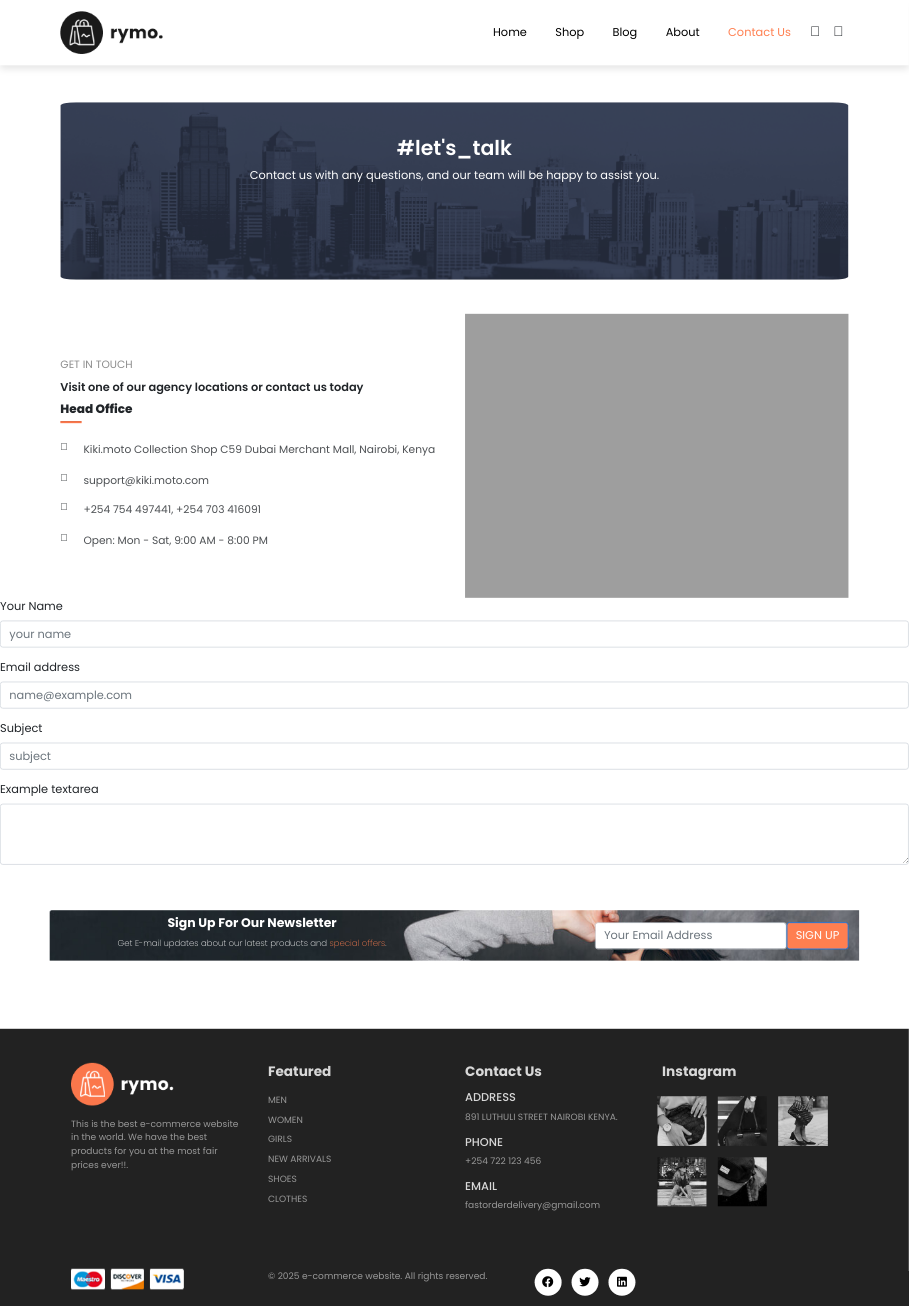
Repository: peter417waweru/e-commerce-UI
Page: contact.html
An editor plug-in stored every save of this project. The page is shown before and after the next save, followed by the edit.
The browser window is 1280 px wide. The pictures show the whole page, at 71% of full size.
Pictures or frames that could not be fetched are drawn as grey boxes. Some web libraries are served in a nearby version.

Above is the page before, as saved 2025-02-10 00:50:31.
Console error: TypeError: Cannot set properties of undefined (setting 'onclick')

### contact.html
<!DOCTYPE html>
<html lang="en">
    <head>

        <meta charset="UTF-8">
        <meta http-equiv="X-UA-Compatible" content="IE=edge">
        <meta name="viewport" content="width=device-width, initial-scale=1.0">
        <title>Ecommerce Website1</title>

        <link rel="stylesheet" href="https://cdn.jsdelivr.net/npm/bootstrap@4.1.3/dist/css/bootstrap.min.css"
        integrity="sha384-MCw98/SFnGE8fJT3GXwEOngsV7Zt27NXFoaoApmYm81iuXoPkFOJwJ8ERdknLPMO" crossorigin="anonymous">

        <link rel="stylesheet" href="https://pro.fontawesome.com/releases/v5.10.0/css/all.css" />

        <link rel="stylesheet" href="./style.css">
        <link rel="stylesheet" href="./about.css">
        <link rel="stylesheet" href="./contact.css">
    </head>

    <body>
        <nav class="navbar navbar-expand-lg navbar-light bg-white py-3 fixed-top">
            <div class="container">
              <img src="img/logo1.png" alt="">
              <button class="navbar-toggler" type="button" data-bs-toggle="collapse" data-bs-target="#navbarSupportedContent"
              aria-controls="navbarSupportedContent" aria-expanded="false" aria-label="Toggle navigation">
                <span><i id="bar" class="fas fa-bars"></i></span>
              </button>
              <div class="collapse navbar-collapse" id="navbarSupportedContent">
                <ul class="navbar-nav ml-auto">
                  <li class="nav-item">
                    <a class="nav-link " aria-current="page" href="#">Home</a>
                  </li>
                  <li class="nav-item">
                    <a class="nav-link" aria-current="page" href="shop.html">Shop</a>
                  </li>
                  <li class="nav-item">
                    <a class="nav-link" aria-current="page" href="#">Blog</a>
                  </li>
                  <li class="nav-item">
                    <a class="nav-link" aria-current="page" href="#">About</a>
                  </li>
                  <li class="nav-item">
                    <a class="nav-link active" aria-current="page" href="#">Contact Us</a>
                  </li>
                  <li class="nav-item">
                    <i class="fal fa-search"></i>
                    <i class="fal fa-shopping-bag"></i>
                  </li>


                </ul>

              </div>
            </div>
        </nav>

        <section id="page-header" class="container mt-5 pt-5">
           <div class="about-header">
            <h2 class="text-center mt-5 pt-5">#let's_talk</h2>
            <p class="text-center">Contact us with any questions, and our team will be happy to assist you.</p>
           </div>
        </section>

        <section id="contact-details" class="container mt-5">
            <div class="row d-flex align-items-center gap-4">
                <div class="details-side col-lg-6 col-md-6 col-12">
                    <span>GET IN TOUCH</span>
                    <h2>Visit one of our agency locations or contact us today</h2>
                    <h3>Head Office</h3>
                    <hr class="mt-1">
                    <li>
                        <i class="fal fa-map"></i>
                        <p>Kiki.moto Collection Shop C59
                            Dubai Merchant Mall, Nairobi, Kenya</p>
                    </li>
                    <li>
                        <i class="fal fa-envelope"></i>
                        <p>support@kiki.moto.com</p>
                    </li>
                    <li>
                        <i class="fal fa-phone-alt"></i>
                        <p>+254 754 497441,  +254 703 416091</p>
                    </li>
                    <li>
                        <i class="fal fa-clock"></i>
                        <p>Open: Mon - Sat, 9:00 AM - 8:00 PM</p>
                    </li>
                </div>
                <div class="map col-lg-6 col-md-6 col-12">
                    <iframe src="https://www.google.com/maps/embed?pb=!1m18!1m12!1m3!1d3988.
                    8308746660095!2d36.778592273500564!3d-1.2747547356105604!2m3!1f0!2f0!3f0!3m2!1i1024!2i768!4f13.1!3m3!1m2!1s0x182f1
                    9fd9b65c0ef%3A0xbac0db1b9cbf73e!2sArchives%20Tower%2C%20Nairobi!5e0!3m2!1ssw!2ske!4v1739129931160!5m2!1ssw!2ske" width="100%" height="350px" style="border:0;"
                     allowfullscreen="" loading="lazy" referrerpolicy="no-referrer-when-downgrade">
                    </iframe>
                </div>
            </div>
        </section>

        <section>
            <div class="mb-3">
                <label for="exampleFormControlInput1" class="form-label">Your Name</label>
                <input type="email" class="form-control" id="exampleFormControlInput1" placeholder="your name">
            </div>
            <div class="mb-3">
                <label for="exampleFormControlInput1" class="form-label">Email address</label>
                <input type="email" class="form-control" id="exampleFormControlInput1" placeholder="name@example.com">
            </div>
            <div class="mb-3">
                <label for="exampleFormControlInput1" class="form-label">Subject</label>
                <input type="email" class="form-control" id="exampleFormControlInput1" placeholder="subject">
            </div>
            <div class="mb-3">
                <label for="exampleFormControlTextarea1" class="form-label">Example textarea</label>
                <textarea class="form-control" id="exampleFormControlTextarea1" rows="3"></textarea>
            </div>
        </section>

        <section id="newsletter" class="container py-5">
            <div class="row align-items-center text-center text-lg-start">
                <div class="col-lg-6 col-md-12">
                    <h4 class="mt-2">Sign Up For Our Newsletter</h4>
                    <p>Get E-mail updates about our latest products and <span>special offers</span>.</p>
                </div>
                <div class="col-lg-6 col-md-12">
                    <form class="d-flex justify-content-center justify-content-lg-end">
                        <input type="email" class="form-control w-50 me-2" placeholder="Your Email Address">
                        <button class="btn btn-primary">Sign Up</button>
                    </form>
                </div>
            </div>
        </section>

        <footer class="mt-5">
            <div class="row container mx-auto pt-5">
              <div class="footer-one col-lg-3 col-md-6 col-12">
                <img src="img/logo2.png" alt="">
                <p class="pt-3">This is the best e-commerce website in the world.
                   We have the best products for you at the most fair prices ever!!.</p>
              </div>
              <div class="footer-one col-lg-3 col-md-6 col-12">
                <h4 class="pb-2">Featured</h4>
                <ul class="text-uppercase list-unstyled">
                  <li><a href="#">men</a></li>
                  <li><a href="#">women</a></li>
                  <li><a href="#">girls</a></li>
                  <li><a href="#">new arrivals</a></li>
                  <li><a href="#">shoes</a></li>
                  <li><a href="#">clothes</a></li>
                </ul>
              </div>
              <div class="footer-one col-lg-3 col-md-6 col-12 mb-3">
                <h4 class="pb-2">Contact Us</h4>
                <div>
                  <h6 class="text-uppercase">Address</h6>
                <p>891 LUTHULI STREET NAIROBI KENYA.</p>
                </div>
                <div>
                  <h6 class="text-uppercase">Phone</h6>
                <p>+254 722 123 456</p>
                </div>
                <div>
                  <h6 class="text-uppercase">Email</h6>
                <p>fastorderdelivery@gmail.com</p>
                </div>
              </div>
              <div class="footer-one col-lg-3 col-md-6 col-12 mb-3">
                <h4 class="pb-2">Instagram</h4>
                <div class="row">
                  <img class="img-fluid w-25 h-100 m-2" src="img/insta/1.jpg" alt="">
                  <img class="img-fluid w-25 h-100 m-2" src="img/insta/2.jpg" alt="">
                  <img class="img-fluid w-25 h-100 m-2" src="img/insta/3.jpg" alt="">
                  <img class="img-fluid w-25 h-100 m-2" src="img/insta/4.jpg" alt="">
                  <img class="img-fluid w-25 h-100 m-2" src="img/insta/5.jpg" alt="">
                </div>
              </div>
            </div>
            <div class="copyright mt-5">
              <div class="row container mx-auto">
                <div class="col-lg-3 col-md-6 col-12 mb-4">
                  <img class="img-fluid" src="img/payment.png" alt="">
                </div>
                <div class="col-lg-4 col-md-6 col-12 text-nowrap mb-2">
                  <p>© 2025 e-commerce website. All rights reserved.</p>
                </div>
                <div class="col-lg-4 col-md-6 col-12">
                  <a href="#"><i class="fab fa-facebook"></i></a>
                  <a href="#"><i class="fab fa-twitter"></i></a>
                  <a href="#"><i class="fab fa-linkedin"></i></a>
                </div>
              </div>
            </div>
        </footer>
    </body>

    <script src="https://cdn.jsdelivr.net/npm/@popperjs/core@2.9.1/dist/umd/popper.min.js"
        integrity="sha384-SR1sx49pcuLnqZUnnPwx6FCym0wLsk5JZuNx2bPPENzswTNFaQU1RDvt3wT4gWFG"
        crossorigin="anonymous">
    </script>
    <script src="https://cdn.jsdelivr.net/npm/bootstrap@5.0.0-beta3/dist/js/bootstrap.min.js"
        integrity="sha384-j0CNLUeiqtyaRmlzUHCPZ+Gy5fQu0dQ6eZ/xAww941Ai1SxSY+0EQqNXNE6DZiVc"
        crossorigin="anonymous">
    </script>
    <script src="scripts.js"></script>
</html>

### style.css
@import url("https://fonts.googleapis.com/css2?family=Poppins:wght@100;200;300;400;500;600;700;800;900&display=swap");
* {
  margin: 0;
  padding: 0;
  box-sizing: border-box;
}

body {
  font-family: "Poppins", sans-serif;
}

h1 {
  font-size: 2.5rem;
  font-weight: 700;
}

h2 {
  font-size: 1.8rem;
  font-weight: 600;
}

h3 {
  font-size: 1.4rem;
  font-weight: 800;
}

h4 {
  font-size: 1.1rem;
  font-weight: 600;
}

h5 {
  font-size: 1rem;
  font-weight: 400;
  color: #1d1d1d;
}

h6 {
  color: #d8d8d8;
}

hr {
  width: 30px;
  height: 2px;
  background-color: #fb774b;
}

.star {
  padding: 10px 0;
}

.star i{
  font-size: 0.8rem;
  color: goldenrod;
}

button {
  font-size: 0.8rem;
  font-weight: 700;
  outline: none;
  border: none;
  background-color: #1d1d1d;
  color: aliceblue;
  padding: 13px 30px;
  cursor: pointer;
  text-transform: uppercase;
  transition: 0.3s ease;
}

button:hover {
  background-color: #3a3833;
}

hr {
  width: 30px;
  height: 2px;

}

.navbar {
  font-size: 16px;
  background-color: #d8d8d8;
  top: 0;
  left: 0;
  box-shadow: 0 5px 10px rgba(0, 0, 0, 0.1);
}

.navbar-light .navbar-nav .nav-link{
  padding: 0 20px;
  color: black;
  transition: 0.3s ease;
}

.navbar-light .navbar-nav .nav-link:hover,
.navbar i:hover,
.navbar-light .navbar-nav .nav-link.active,
.navbar i.active
{
  color: coral;
}



.navbar i{
  font-size: 1.2rem;
  padding: 0 7px;
  cursor: pointer;
  transition: 0.3s ease;
}

/* Mobile Nav*/


.navbar-light .navbar-toggler{
  border: none;
  outline: none;
}

#bar {
  font-size: 1.5rem;
  padding: 7px;
  cursor: pointer;
  font-weight: 500;
  color: black;
  transition: 0.3s ease;
}

#bar:hover,
#bar.active{
  color: #fff;
}

@media only screen and (max-width: 990px) {

  body > nav > div > button:hover ,
  body > nav > div > button:focus {
    background-color: #fb774b;
  }

  body > nav > div > button:hover #bar,
  body > nav > div > button:focus #bar {
    background-color: #fb774b;
  }

  #navbarSupportedContent > ul {
    margin: 1rem;
    justify-content: flex-end;
    align-items: flex-end;
    text-align: right;
  }

  #navbarSupportedContent > ul > li:nth-child(n) > a {
    padding: 10px 0;
  }
}


#home {
  background-image: url("img/back.jpg");
  width: 100%;
  height: 100vh;
  background-size: cover;
  background-position: top 70px center;
  display: flex;
  flex-direction: column;
  align-items: flex-start;
  justify-content: center;

}

#home span{
  color: coral;
}

#new .one img{
  width: 100%;
  height: 100%;
  background-position: center center;
  background-repeat: no-repeat;
  background-size: cover;
  position: relative;
}


#new .row .one .details{
  position: absolute;
  width: 100%;
  height: 100%;
  top: 0;
  left: 0;
  transition: 0.3s ease;
}

#new .row .one:hover .details{
  cursor: pointer;
  background-color: rgba(255, 178, 178, 0.8);
}

#new .row .one .details button{
 display: inline-block;
 font-size: 14px;
 font-weight: 500;
 color: #2a2a2a;
 background: none;
 text-transform: uppercase;
 border-bottom: 1px solid #2a2a2a;
 padding: 1.5px;
 transform: translateY(70px);
 transition: 0.3s ease;
}

#new .row .one .details button:hover{
  cursor: pointer;
  color: #fff;
  border-bottom: 1px solid #fff;
}

#new .row .one:nth-child(1) .details{
  display: flex;
  justify-content: center;
  flex-direction: column;
  align-items: flex-start;
  text-align: start;
}

#new .row .one:nth-child(2) .details{
  display: flex;
  justify-content: center;
  flex-direction: column;
  align-items: center;
  text-align: center;
}

#new .row .one:nth-child(3) .details{
  display: flex;
  justify-content: center;
  flex-direction: column;
  align-items: flex-end;
  text-align: end;
}

/*Products*/

.product {
  cursor: pointer;
  margin-bottom: 2rem;
}

.product img{
  transition: 0.3s all;

}

.product img:hover{
  opacity: 0.7;
}

.product .buy-btn{
  background: #fb774b;
  transform: translateY(20px);
  opacity: 0;
  transition: 0.3s all;
}
.product:hover .buy-btn{
  transform: translateY(0px);
  opacity: 1;
}

#banner {
  background-image: url("img/banner/2.jpg");
  width: 100%;
  height: 60vh;
  background-size: cover;
  background-position: top 70px center;
  background-repeat: no-repeat;
  background-attachment: fixed;
  display: flex;
  flex-direction: column;
  align-items: flex-start;
  justify-content: center;
}

#banner h4{
  color: #D8D8D8;
}

#banner h1{
  color: #D8D8D8;
}

#banner button{
  background-color: #fb774b;
}

footer{
  background-color: #222222;
}

footer h4 {
  color: #D8D8D8;
  font-size: 1.2rem;
  font-weight: 700;
}

footer li {
  padding-bottom: 4px;
}

footer li a {
  font-size: 0.8rem;
  color: #999;
}

footer li a:hover {
  color: #D8D8D8;
}

footer p{
  color: #999;
  font-size: 0.8rem;
}

footer .copyright a{
  color: #000;
  width: 38px;
  height: 38px;
  background-color: #fff;
  display: inline-block;
  text-align: center;
  line-height: 38px;
  border-radius: 50%;
  transition: 0.3s ease;
  margin: 0 5px;

}

footer .copyright a:hover{
  color: #fff;
  background-color: #fb774b;
}

### about.css
#page-header .about-header{
    background-image: url("img/about/banner.png");
    background-position: center;
    background-size: cover;
    width: 100%;
    height: 250px;
    border-radius: 2%;
}

#page-header .about-header h2,
#page-header .about-header p{
    color: #fff;
}

#about-app .video{
    width: 70%;
    height: 100%;
    margin: 30px auto 0 auto;
}

#about-app .video video{
    width: 100%;
    height: 100%;
    border-radius: 20px;
}

#newsletter .row{
    background-image: url("img/banner/1.jpg");
}

#newsletter .row h4{
    color: #fff;
    font-weight: bold;
}

#newsletter .row p{
    color: #fff;
    font-weight: 200;
    font-size: 12px;
}

#newsletter .row p span{
    color: coral;
    font-weight: 250;
}

#newsletter .row p span:hover{
    cursor: pointer;
    color: #8d8d8d;
}

#newsletter .row button{
    background-color: coral;
}

#newsletter .row button:hover{
    background-color: #8d8d8d;

}

@media (max-width: 768px){
    #newsletter .row{
        margin: 0 auto 0 auto;
        padding-bottom: 20px;
    }
}

### contact.css
#contact-details .details-side span{
    color: #8d8d8d;
    font-size: 15px;
}

#contact-details .details-side h2{
    margin-top: 10px;
    columns: black;
    font-size: 16px;
}

#contact-details .details-side h3{
    margin-top: 10px;
    columns: black;
    font-size: 17px;
}

#contact-details .details-side li{
    list-style-type: none;
    display: flex;
    padding: 10px 0;
}

#contact-details .details-side li i{
    font-size: 14px;
    padding-right: 22px;
}
#contact-details .details-side li p{
    margin: 0;
    font-size: 15px;
    opacity: 0.8;
}

#contact-details .details-side li p:hover{
    color: coral;
    cursor: pointer;
    font-weight: 300;
}

#contact-details .map{
    width: 55%;
    height: 400px;
}

#contact-details .map iframe{
    width: 100%;
    height: 100%;
}

### scripts.js
var MainImg = document.getElementById('MainImg');
var SmallImg = document.getElementsByClassName('small-img');

SmallImg[0].onclick = function(){
    MainImg.src = SmallImg[0].src;
}
SmallImg[1].onclick = function(){
    MainImg.src = SmallImg[1].src;
}
SmallImg[2].onclick = function(){
    MainImg.src = SmallImg[2].src;
}
SmallImg[3].onclick = function(){
    MainImg.src = SmallImg[3].src;
}

After the next save:
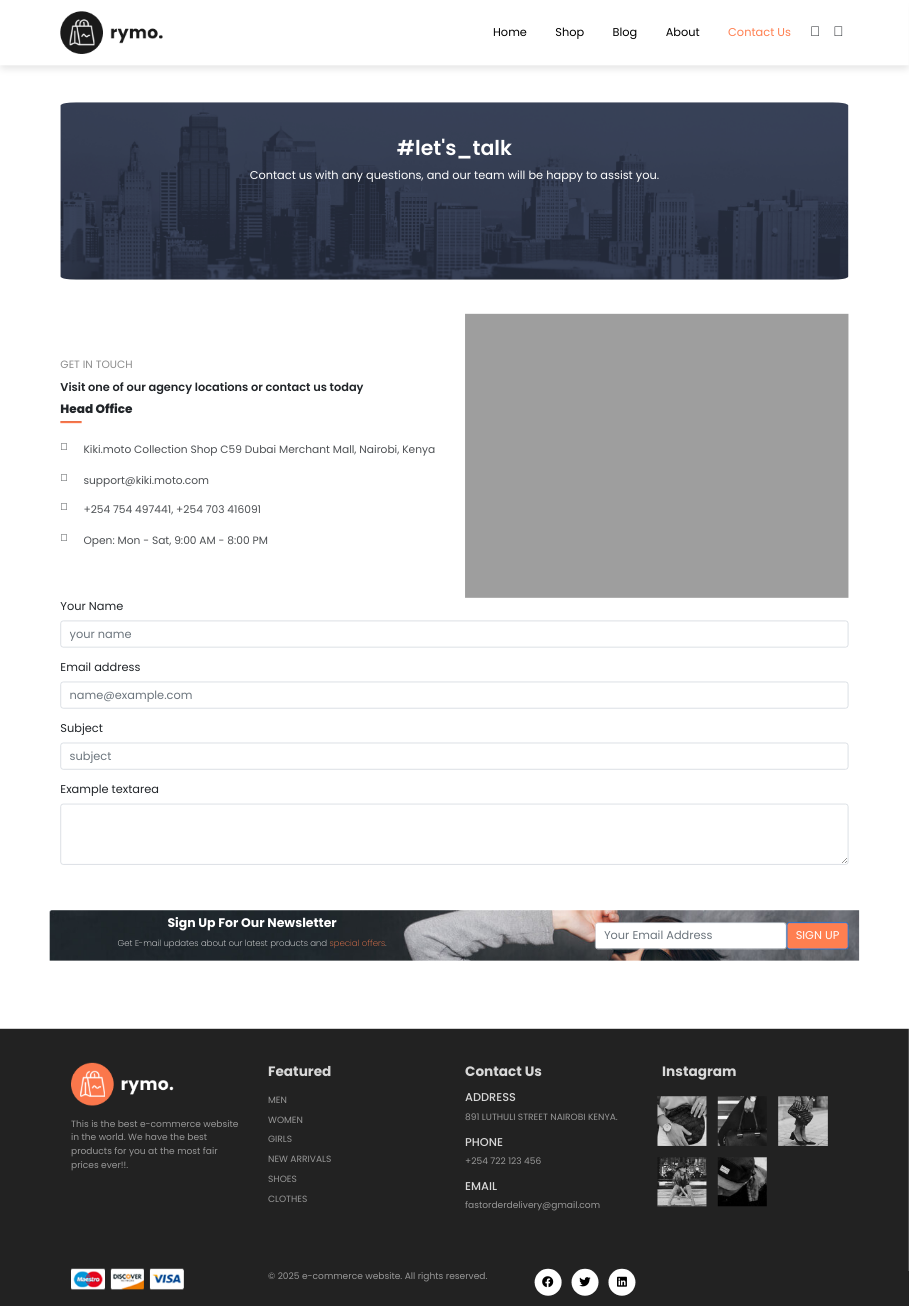
Saved 3 min 16 s later.
--- a/contact.html
+++ b/contact.html
@@ -97,22 +97,24 @@
         </section>
 
         <section>
-            <div class="mb-3">
-                <label for="exampleFormControlInput1" class="form-label">Your Name</label>
-                <input type="email" class="form-control" id="exampleFormControlInput1" placeholder="your name">
-            </div>
-            <div class="mb-3">
-                <label for="exampleFormControlInput1" class="form-label">Email address</label>
-                <input type="email" class="form-control" id="exampleFormControlInput1" placeholder="name@example.com">
-            </div>
-            <div class="mb-3">
-                <label for="exampleFormControlInput1" class="form-label">Subject</label>
-                <input type="email" class="form-control" id="exampleFormControlInput1" placeholder="subject">
-            </div>
-            <div class="mb-3">
-                <label for="exampleFormControlTextarea1" class="form-label">Example textarea</label>
-                <textarea class="form-control" id="exampleFormControlTextarea1" rows="3"></textarea>
-            </div>
+            <form action="" class="container">
+                <div class="mb-3">
+                    <label for="exampleFormControlInput1" class="form-label">Your Name</label>
+                    <input type="email" class="form-control" id="exampleFormControlInput1" placeholder="your name">
+                </div>
+                <div class="mb-3">
+                    <label for="exampleFormControlInput1" class="form-label">Email address</label>
+                    <input type="email" class="form-control" id="exampleFormControlInput1" placeholder="name@example.com">
+                </div>
+                <div class="mb-3">
+                    <label for="exampleFormControlInput1" class="form-label">Subject</label>
+                    <input type="email" class="form-control" id="exampleFormControlInput1" placeholder="subject">
+                </div>
+                <div class="mb-3">
+                    <label for="exampleFormControlTextarea1" class="form-label">Example textarea</label>
+                    <textarea class="form-control" id="exampleFormControlTextarea1" rows="3"></textarea>
+                </div>
+            </form>
         </section>
 
         <section id="newsletter" class="container py-5">
